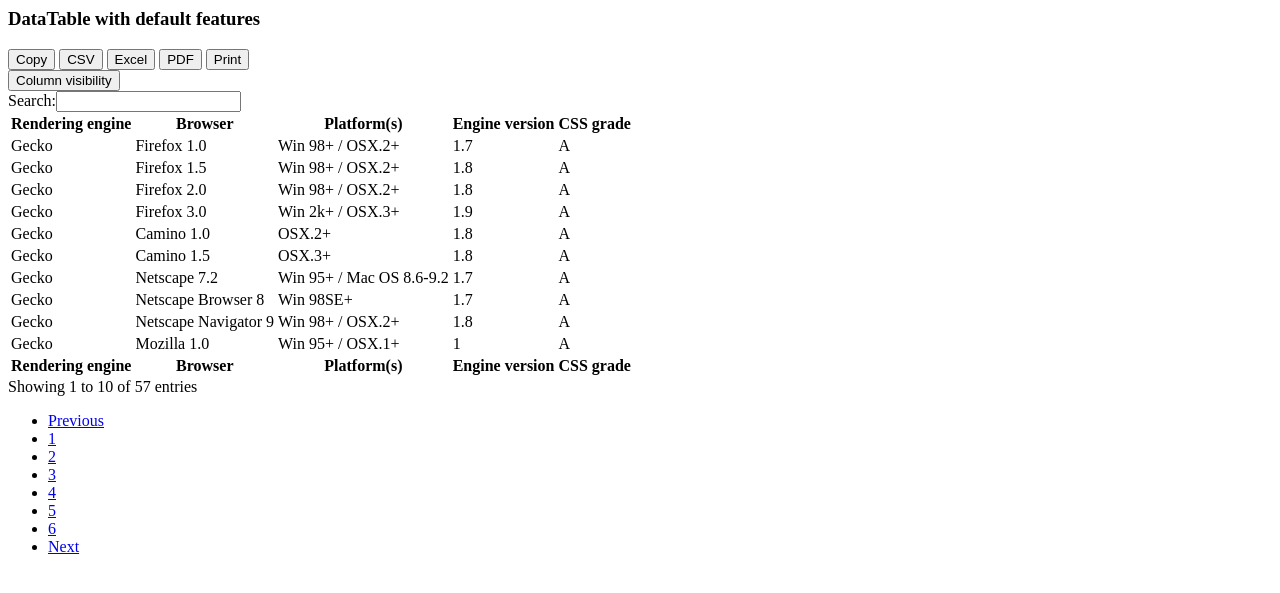
Repository: gw9955/eGov
Page: http://localhost/egovProj/WEB-INF/views/book/list.jsp
These files come from the project's save history. The page is drawn as it stood at one moment and after the next save; the edit follows.
The browser window is 1280 px wide. The pictures show the whole page.
The page is served by Tomcat 9. Nobody is signed in. Other server files are loaded and not shown. The template is opened directly, without the code that normally fills it, so the values that code supplies are empty.

Above is the page before, as saved 2022-11-11 07:26:32.

### egovProj/src/main/webapp/WEB-INF/views/book/list.jsp
<%@ page language="java" contentType="text/html; charset=UTF-8"%>
<%@ taglib prefix="c" uri="http://java.sun.com/jsp/jstl/core"%>
<div class="card">
	<div class="card-header">
		<h3 class="card-title">DataTable with default features</h3>
	</div>
	<div class="card-body">
		<div id="example1_wrapper" class="dataTables_wrapper dt-bootstrap4">
			<div class="row">
				<div class="col-sm-12 col-md-6">
					<div class="dt-buttons btn-group flex-wrap">
						<button class="btn btn-secondary buttons-copy buttons-html5"
							tabindex="0" aria-controls="example1" type="button">
							<span>Copy</span>
						</button>
						<button class="btn btn-secondary buttons-csv buttons-html5"
							tabindex="0" aria-controls="example1" type="button">
							<span>CSV</span>
						</button>
						<button class="btn btn-secondary buttons-excel buttons-html5"
							tabindex="0" aria-controls="example1" type="button">
							<span>Excel</span>
						</button>
						<button class="btn btn-secondary buttons-pdf buttons-html5"
							tabindex="0" aria-controls="example1" type="button">
							<span>PDF</span>
						</button>
						<button class="btn btn-secondary buttons-print" tabindex="0"
							aria-controls="example1" type="button">
							<span>Print</span>
						</button>
						<div class="btn-group">
							<button
								class="btn btn-secondary buttons-collection dropdown-toggle buttons-colvis"
								tabindex="0" aria-controls="example1" type="button"
								aria-haspopup="true">
								<span>Column visibility</span><span class="dt-down-arrow"></span>
							</button>
						</div>
					</div>
				</div>
				<div class="col-sm-12 col-md-6">
					<div id="example1_filter" class="dataTables_filter">
						<label>Search:<input type="search"
							class="form-control form-control-sm" placeholder=""
							aria-controls="example1"></label>
					</div>
				</div>
			</div>
			<div class="row">
				<div class="col-sm-12">
					<table id="example1"
						class="table table-bordered table-striped dataTable dtr-inline"
						aria-describedby="example1_info">
						<thead>
							<tr>
								<th class="sorting sorting_asc" tabindex="0"
									aria-controls="example1" rowspan="1" colspan="1"
									aria-sort="ascending"
									aria-label="Rendering engine: activate to sort column descending">Rendering
									engine</th>
								<th class="sorting" tabindex="0" aria-controls="example1"
									rowspan="1" colspan="1"
									aria-label="Browser: activate to sort column ascending">Browser</th>
								<th class="sorting" tabindex="0" aria-controls="example1"
									rowspan="1" colspan="1"
									aria-label="Platform(s): activate to sort column ascending">Platform(s)</th>
								<th class="sorting" tabindex="0" aria-controls="example1"
									rowspan="1" colspan="1"
									aria-label="Engine version: activate to sort column ascending">Engine
									version</th>
								<th class="sorting" tabindex="0" aria-controls="example1"
									rowspan="1" colspan="1"
									aria-label="CSS grade: activate to sort column ascending">CSS
									grade</th>
							</tr>
						</thead>
						<tbody>
							<tr class="odd">
								<td class="dtr-control sorting_1" tabindex="0">Gecko</td>
								<td>Firefox 1.0</td>
								<td>Win 98+ / OSX.2+</td>
								<td>1.7</td>
								<td>A</td>
							</tr>
							<tr class="even">
								<td class="dtr-control sorting_1" tabindex="0">Gecko</td>
								<td>Firefox 1.5</td>
								<td>Win 98+ / OSX.2+</td>
								<td>1.8</td>
								<td>A</td>
							</tr>
							<tr class="odd">
								<td class="dtr-control sorting_1" tabindex="0">Gecko</td>
								<td>Firefox 2.0</td>
								<td>Win 98+ / OSX.2+</td>
								<td>1.8</td>
								<td>A</td>
							</tr>
							<tr class="even">
								<td class="dtr-control sorting_1" tabindex="0">Gecko</td>
								<td>Firefox 3.0</td>
								<td>Win 2k+ / OSX.3+</td>
								<td>1.9</td>
								<td>A</td>
							</tr>
							<tr class="odd">
								<td class="sorting_1 dtr-control">Gecko</td>
								<td>Camino 1.0</td>
								<td>OSX.2+</td>
								<td>1.8</td>
								<td>A</td>
							</tr>
							<tr class="even">
								<td class="sorting_1 dtr-control">Gecko</td>
								<td>Camino 1.5</td>
								<td>OSX.3+</td>
								<td>1.8</td>
								<td>A</td>
							</tr>
							<tr class="odd">
								<td class="sorting_1 dtr-control">Gecko</td>
								<td>Netscape 7.2</td>
								<td>Win 95+ / Mac OS 8.6-9.2</td>
								<td>1.7</td>
								<td>A</td>
							</tr>
							<tr class="even">
								<td class="sorting_1 dtr-control">Gecko</td>
								<td>Netscape Browser 8</td>
								<td>Win 98SE+</td>
								<td>1.7</td>
								<td>A</td>
							</tr>
							<tr class="odd">
								<td class="sorting_1 dtr-control">Gecko</td>
								<td>Netscape Navigator 9</td>
								<td>Win 98+ / OSX.2+</td>
								<td>1.8</td>
								<td>A</td>
							</tr>
							<tr class="even">
								<td class="sorting_1 dtr-control">Gecko</td>
								<td>Mozilla 1.0</td>
								<td>Win 95+ / OSX.1+</td>
								<td>1</td>
								<td>A</td>
							</tr>
						</tbody>
						<tfoot>
							<tr>
								<th rowspan="1" colspan="1">Rendering engine</th>
								<th rowspan="1" colspan="1">Browser</th>
								<th rowspan="1" colspan="1">Platform(s)</th>
								<th rowspan="1" colspan="1">Engine version</th>
								<th rowspan="1" colspan="1">CSS grade</th>
							</tr>
						</tfoot>
					</table>
				</div>
			</div>
			<div class="row">
				<div class="col-sm-12 col-md-5">
					<div class="dataTables_info" id="example1_info" role="status"
						aria-live="polite">Showing 1 to 10 of 57 entries</div>
				</div>
				<div class="col-sm-12 col-md-7">
					<div class="dataTables_paginate paging_simple_numbers"
						id="example1_paginate">
						<ul class="pagination">
							<li class="paginate_button page-item previous disabled"
								id="example1_previous"><a href="#" aria-controls="example1"
								data-dt-idx="0" tabindex="0" class="page-link">Previous</a></li>
							<li class="paginate_button page-item active"><a href="#"
								aria-controls="example1" data-dt-idx="1" tabindex="0"
								class="page-link">1</a></li>
							<li class="paginate_button page-item "><a href="#"
								aria-controls="example1" data-dt-idx="2" tabindex="0"
								class="page-link">2</a></li>
							<li class="paginate_button page-item "><a href="#"
								aria-controls="example1" data-dt-idx="3" tabindex="0"
								class="page-link">3</a></li>
							<li class="paginate_button page-item "><a href="#"
								aria-controls="example1" data-dt-idx="4" tabindex="0"
								class="page-link">4</a></li>
							<li class="paginate_button page-item "><a href="#"
								aria-controls="example1" data-dt-idx="5" tabindex="0"
								class="page-link">5</a></li>
							<li class="paginate_button page-item "><a href="#"
								aria-controls="example1" data-dt-idx="6" tabindex="0"
								class="page-link">6</a></li>
							<li class="paginate_button page-item next" id="example1_next"><a
								href="#" aria-controls="example1" data-dt-idx="7" tabindex="0"
								class="page-link">Next</a></li>
						</ul>
					</div>
				</div>
			</div>
		</div>
	</div>
</div>

After the next save:
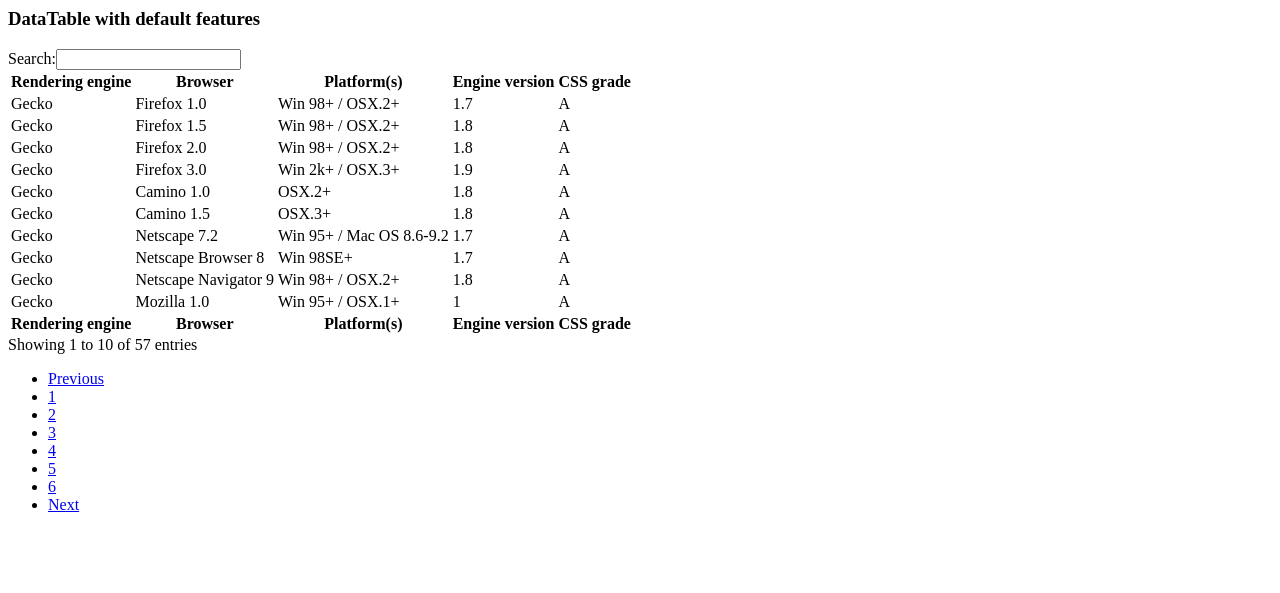
Saved 12 min 43 s later.
--- a/egovProj/src/main/webapp/WEB-INF/views/book/list.jsp
+++ b/egovProj/src/main/webapp/WEB-INF/views/book/list.jsp
@@ -7,38 +7,6 @@
 	<div class="card-body">
 		<div id="example1_wrapper" class="dataTables_wrapper dt-bootstrap4">
 			<div class="row">
-				<div class="col-sm-12 col-md-6">
-					<div class="dt-buttons btn-group flex-wrap">
-						<button class="btn btn-secondary buttons-copy buttons-html5"
-							tabindex="0" aria-controls="example1" type="button">
-							<span>Copy</span>
-						</button>
-						<button class="btn btn-secondary buttons-csv buttons-html5"
-							tabindex="0" aria-controls="example1" type="button">
-							<span>CSV</span>
-						</button>
-						<button class="btn btn-secondary buttons-excel buttons-html5"
-							tabindex="0" aria-controls="example1" type="button">
-							<span>Excel</span>
-						</button>
-						<button class="btn btn-secondary buttons-pdf buttons-html5"
-							tabindex="0" aria-controls="example1" type="button">
-							<span>PDF</span>
-						</button>
-						<button class="btn btn-secondary buttons-print" tabindex="0"
-							aria-controls="example1" type="button">
-							<span>Print</span>
-						</button>
-						<div class="btn-group">
-							<button
-								class="btn btn-secondary buttons-collection dropdown-toggle buttons-colvis"
-								tabindex="0" aria-controls="example1" type="button"
-								aria-haspopup="true">
-								<span>Column visibility</span><span class="dt-down-arrow"></span>
-							</button>
-						</div>
-					</div>
-				</div>
 				<div class="col-sm-12 col-md-6">
 					<div id="example1_filter" class="dataTables_filter">
 						<label>Search:<input type="search"
